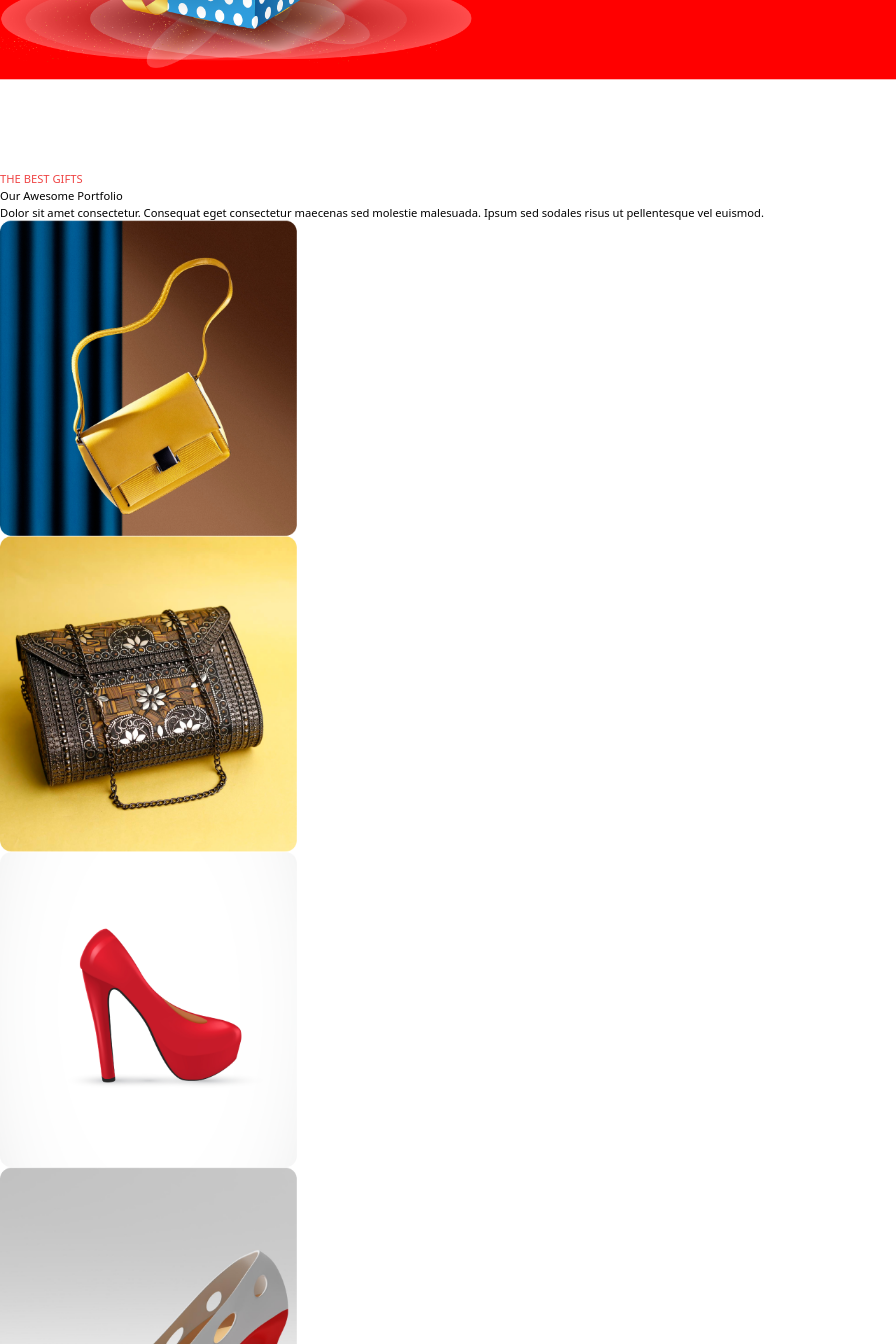
Repository: nahid-hasann/landing-page-1
Page: index.html
The author's editor kept a copy of each file at every save. The page is drawn from the files as they stood at one save, then again after the next save.
The browser window is 1280 px wide. The pictures show the part of the page from y = 4425 to 6345 px (the page is 7447 px tall before and 7459 px after), at 70% of full size.
Some web libraries are served in a nearby version.

Above is the page before, as saved 2025-07-09 21:18:22.

### index.html
<!DOCTYPE html>
<html lang="en">
<head>
    <meta charset="UTF-8">
    <meta name="viewport" content="width=device-width, initial-scale=10">
    <title>Document</title>
    <link rel="stylesheet" href="style.css">
    <script src="https://cdn.tailwindcss.com"></script>

</head>
<body>

<main class="main">

  <section>
      <div class="banner">

        <h6 style="color: white; text-align: center;">Happy New Year</h6>
        <h1 style="color: white; text-align: center;">New Year Party Celebration</h1>

    </div>
  </section>

<section class="discount-section">
      <div class="discount">

      <h1 class="discount-of">65% OFF</h1>
      <br>
      <br>
      <br>
      <p class="discount-p">OUR HOLIDAY DEALS ARE BETTER</p>
      <br>
      <h4 class="discount-h">ALL CATEGORIES</h4>
      <br>
      <img style="width: 802px; text-align: center; margin: auto;" src="images/New Year Photo.png" alt="">

  </div>
</section>

<section class="midnight-party">
      <div>
        <h1 style="font-size: 64px; color: white;">Welcome to midnight party</h1>
        <br>
        <p style="font-size: 18px; color: #b09f7c;">Dolor sit amet consectetur. Consequat eget consectetur maecenas sed molestie malesuada. Ipsum sed sodales risus ut pellentesque vel euismod. </p>
        <br>
        <p style="font-size: 20px ; font-weight: 700; color: white;">Join Now</p>
      </div>

      <img src="images/Group 70.png" alt="">

</section >

<section class=" offer">

         <p style="font-size: 30px;"><span style="color: red; font-size: 30px;">Place:</span> New Park Hotel</p>
         <br>
         <p style="font-size: 30px;"><span style="color: red; font-size: 30px;">Date:</span> 31 December Night 2023</p>
         <br>
         <p style="font-size: 30px;"><span style="color: red; font-size: 30px;">Time:</span> Evening 7.30 pm to 12.30 am</p>
         <br>
         <br>
         <button class="btn">Join Now</button>

</section>


<section class="new-best-offer">

<div class="new-offer1">
  <p style="font-size: 24px; color: red;">NEW BEST OFFER</p>
  <br>
  <h1 style="font-size: 48px;">Coming Soon</h1>
  <br>
  <p style="font-size: 20px ; color: rgba(7, 2, 17, 0.6);">Dolor sit amet consectetur. Consequat eget consectetur maecenas sed molestie malesuada. Ipsum sed sodales risus ut pellentesque vel euismod. </p>
</div>

<div style="padding-right: 100px;" class="new-offer2">
    <div class="circle-border">
      <img style="width: 364px; " src="images/Ellipse 1.png" alt="">
    </div>
</div>

<div class="new-offer3">
      <h2>2024</h2>
      <p>Dolor sit amet consectetur. Consequat eget consectetur maecenas sed.</p>
      <img src="images/Group 96.png" alt="">
</div>

</section>


<section class="holidays">

  <div>
    <p style="font-size: 24px ; text-align: center;">WHAT IS FUNCTIONAL</p>
    <br>
    <h1 style="font-size: 72px; text-align: center;"><span style="color: red; text-align: center;">Holidays</span> Sale 50%</h1>
    <br>
    <p style="text-align: center; font-size: 18px ; padding: 0px 100px;">Dolor sit amet consectetur. Consequat eget consectetur maecenas sed <br>
molestie malesuada. Ipsum sed  sodales risus ut pellentesque vel euismod. Eleifend nunc purus quam id <br> fermentum amet amet sit consectetur.</p>
  </div>

  <div class="holidays-img">
    <img class="img1" src="images/Group 75.png" alt="">
    <img class="img2" src="images/Group 44.png" alt="">
  </div>


</section>


<section class="img-show">

   <div>
    <p class="text-red-500  text-[24]">THE BEST GIFTS</p>
    <h1>Our Awesome Portfolio</h1>
    <p>Dolor sit amet consectetur. Consequat eget consectetur maecenas sed molestie malesuada. Ipsum sed sodales risus ut pellentesque vel euismod. </p>
   </div>

   <div>
    <img src="images/Rectangle 3.png" alt="">
    <img src="images/Rectangle 4.png" alt="">
    <img src="images/Rectangle 5.png" alt="">
    <img src="images/Rectangle 6.png" alt="">
    <img src="images/Rectangle 7.png" alt="">
    <img src="images/Rectangle 8.png" alt="">
   </div>

</section>

</main>





</body>
</html>

### style.css
*{
    margin: 0;
    padding: 0;
    box-sizing: border-box;
}

.main{
    max-width: 1320px;
    margin: auto;
}

.banner{
    background: linear-gradient(rgba(0, 0, 0, 0.5), rgba(0, 0, 0, 0.5)), url(images/banner.png);
    background-repeat: no-repeat;
    background-size: cover;
    background-position: center;
    margin: 20px auto;
    height: 600px;
    display: flex;
    flex-direction: column;
    justify-content: center;
    border-radius: 15px;

}

.banner h1 {
   font-size: 72px;
}

.banner h6{
    font-size: 32px;
}

.discount{
    display: flex;
    flex-direction: column;
    justify-content: center;
    align-items: center;
}

.discount-of{
    font-size: 88px;
    color: red;
}

.discount-p{
    font-size: 24px ;
    color: red;

}

.discount-h{
    font-size: 48px;
}

.discount-section{
    margin: 130px 0;
}

.midnight-party{
    display: flex;
    justify-content: space-around;
    background: linear-gradient(rgba(0, 0, 0, 0.5), rgba(0, 0, 0, 0.5)), url('images/Vectorrr.png');
    align-items: center;
    padding: 40px 100px;
    border-radius: 10px;
    gap: 40px;
    margin-bottom: 130px;
}

.offer{
    background: linear-gradient(to bottom, #ffeaea, #ffffff);
    padding: 100px;
    display: flex;
    flex-direction: column;
    align-items: center;
    margin-bottom: 130px;
    border-radius: 10px;
}

.btn{
    padding: 13px 24px;
    border: none;
    background-color: red;
    border-radius: 5px;
}

.new-best-offer{
    display: flex;
    gap: 50px;
    align-items: center;
    justify-content: space-between;
    margin: 130px auto;
}

.new-offer2 .circle-border{
    width: 500px;
    height: 500px;
    border-radius: 50%;
    display: flex;
    justify-content: center;
    background: transparent;
    align-items: center;
    border: 20px solid red;

}

.new-offer2 img {
    width: 90%;                 /* Size adjust */
    height: auto;
    object-fit: cover;          /* Maintain image aspect */
}

.holidays{
    margin-bottom: 130px;
}

.img1{
    width: 674px;
}

.img2{
    width: 200px;
    margin-bottom: 300px;
    margin-right: 70px;
}

.holidays-img{
    background-image: url('images/rectangle.png');
    background-repeat: no-repeat;
    background-position: center bottom;
    display: flex;
    justify-content: space-between;
    align-items: flex-end;
    margin-top: 50px;
}

After the next save:
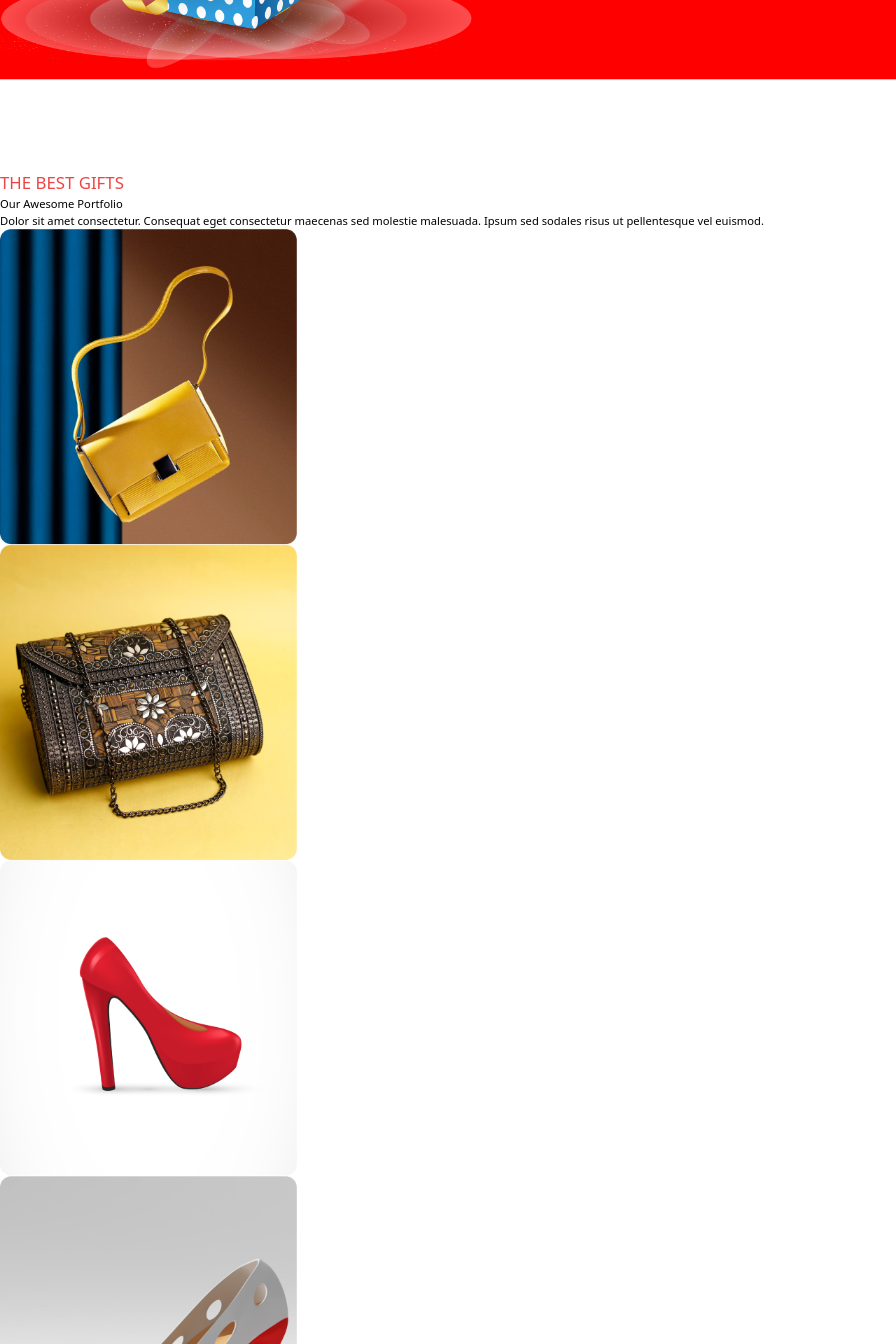
Saved 27 s later.
--- a/index.html
+++ b/index.html
@@ -112,7 +112,7 @@ molestie malesuada. Ipsum sed  sodales risus ut pellentesque vel euismod. Eleife
 <section class="img-show">
 
    <div>
-    <p class="text-red-500  text-[24]">THE BEST GIFTS</p>
+    <p class="text-red-500  text-[24px]">THE BEST GIFTS</p>
     <h1>Our Awesome Portfolio</h1>
     <p>Dolor sit amet consectetur. Consequat eget consectetur maecenas sed molestie malesuada. Ipsum sed sodales risus ut pellentesque vel euismod. </p>
    </div>
